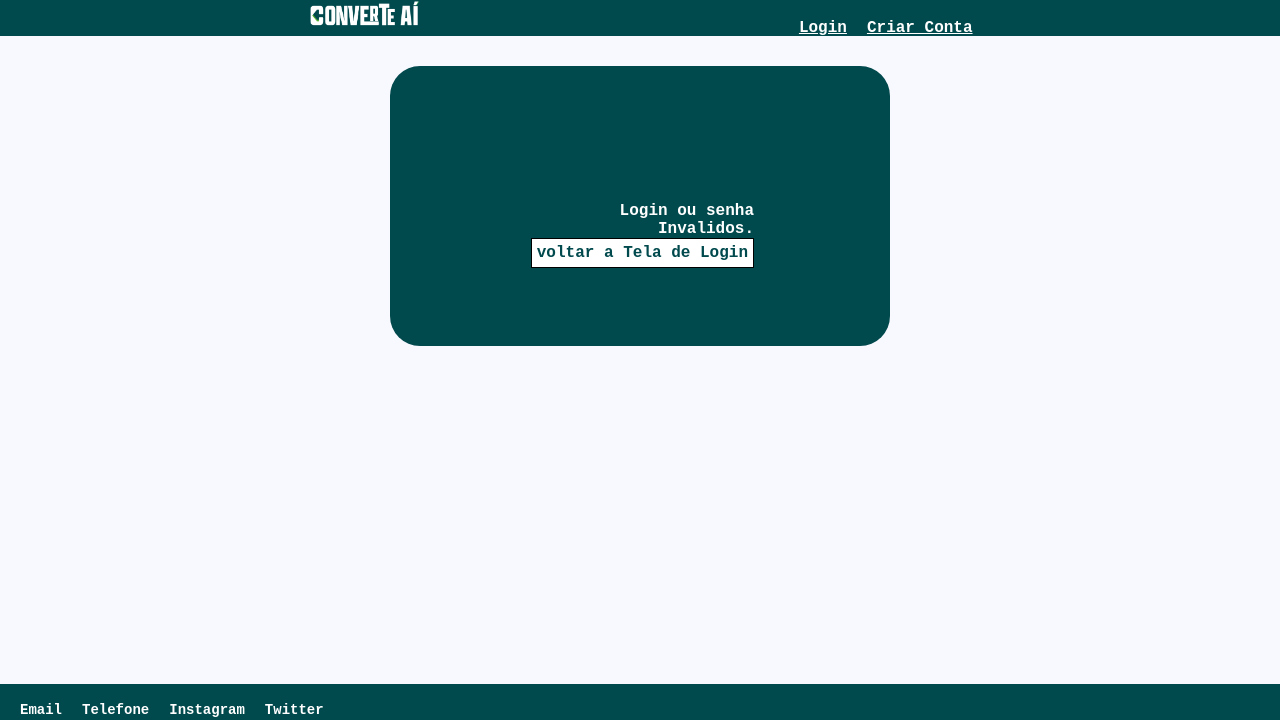
Repository: Frav1u/converteai
Page: http://localhost/ConverteAi/erro.jsp
An editor plug-in stored every save of this project. The page is shown before and after the next save, followed by the edit.
The browser window is 1280 px wide. The pictures show the whole page.
Some web fonts or font styles are not loaded; a fallback is used. The page is served by Tomcat 9. Other server files are loaded and not shown.

Above is the page before, as saved 2023-10-04 02:22:00.

### ConverteAi/src/main/webapp/erro.jsp
<!DOCTYPE html>
<html>

<head>
    <meta charset="UTF-8">
    <title>Converte aí</title>
    <link href="https://fonts.googleapis.com/css2?family=Inter:wght@400;700&family=Space+Mono:wght@400;700&display=swap"
        rel="stylesheet">
    <link rel="stylesheet" href="erro.css">
    <link href='https://unpkg.com/boxicons@2.1.4/css/boxicons.min.css' rel='stylesheet'>
    <link rel="icon" href="icone-removebg-preview.png">
</head>

<body>
    <header>
        <a href="home.html"><img class="img" src="logo.png"></a>
        <ul class="conta">
            <li><a href="login.html" style="color: white;">Login</a></li>
            <li><a href="cadastro.html" style="color:white">Criar Conta</a></li>
        </ul>
    </header>
    <main>
        <div class="caixa">

        	<%

        		out.print("Login ou senha Invalidos.");
        	%>
								     <br>
			<a class="voltar" href="login.html" style="background-color: white; color: hsl(183, 100%, 15%);	display: inline-block; text-decoration: none;
	border: 1px solid black;
	padding: 5px;" >voltar a Tela de Login</a>

               </div>

    </main>
	<footer>
		<ul class="contatos">
			<li>Email</li>
			<li>Telefone</li>
			<li>Instagram</li>
			<li>Twitter</li>
		</ul>

	</footer>
</body>

</html>

### ConverteAi/src/main/webapp/erro.css
* {
    margin: 0;
    padding: 0;
    box-sizing: border-box;
    font-family: 'Apotek Bold', monospace;
    font-weight: 600;
    font-size: 16px;
    outline: none;
}

body{
	background-color:  ghostwhite
}

li{
	font-size: 14px;
	margin-left: 20px;
}

header{
	background-color: hsl(183, 100%, 15%);
	color: white;
	height: 5vh;
    color: inherit;
    display: flex;
    display: flex;
    justify-content: center;
    align-items: center;
    justify-content: space-evenly;
}

.contatos{
	display: flex;
	list-style: none;
}

.logo{
	color: white;
}
.menu{
	color: white;
	display: flex;
	margin-top: 20px;
	margin-left: 50px;
	list-style: none;

}

.conta{
	color: white;
	display: flex;
	margin-top: 20px;
	margin-left: 50px;
	list-style: none;
}

.menu a {
	color: white;
	font-size: 16px;

}



nav{
	display: flex;
	justify-content: center;
	align-items: center;
}


main{
	height: 90vh;
	text-align: center;
	padding-top: 30px;
}

.img{
	width: 114px;
}

footer{
	background-color: hsl(183, 100%, 15%);
	color: white;
	height: 5vh;
    padding-top: 18px;
}


h2{
	padding-top: 20px;
}
.caixa{
	height: 280px;
	width: 500px;
	background-color: hsl(183, 100%, 15%);
	margin:  auto;
	border-radius: 30px;
	padding: 33px;
	text-align: end;
	color: white;
	padding: 136px;
}

form{
	color: white;
}


.envios{
	text-align: center;
}

After the next save:
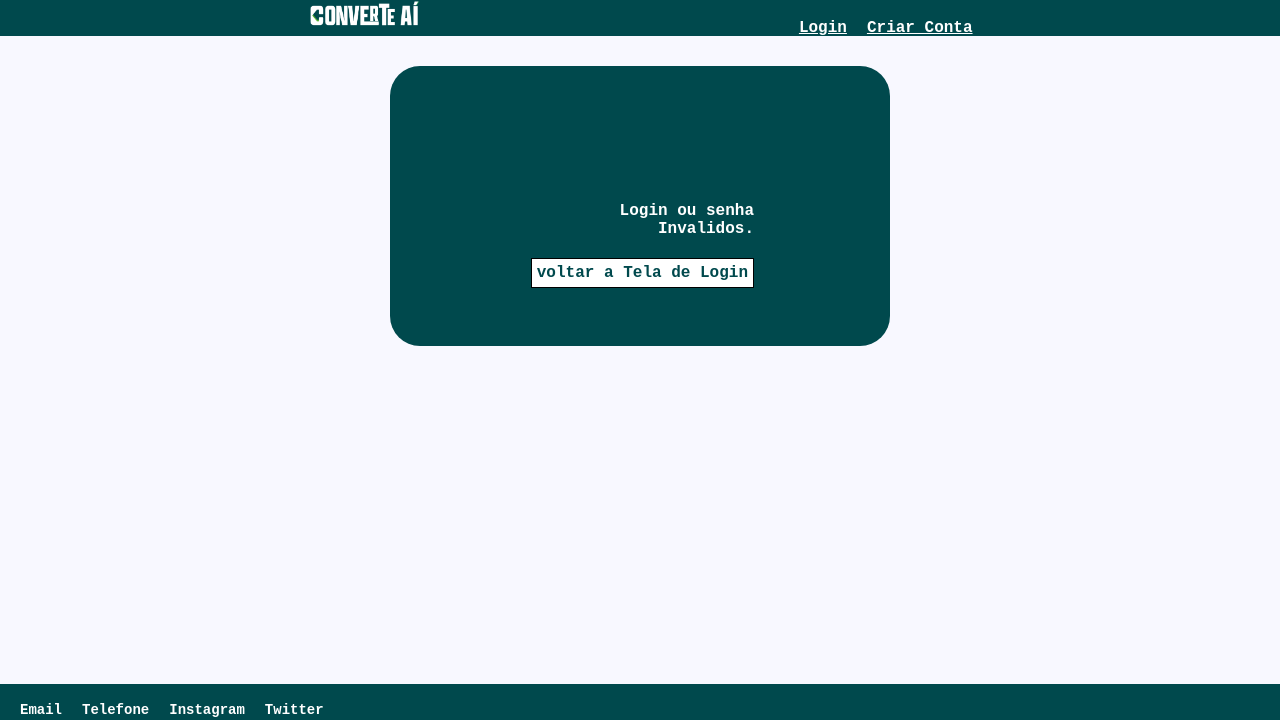
Saved 48 min 29 s later.
--- a/ConverteAi/src/main/webapp/erro.jsp
+++ b/ConverteAi/src/main/webapp/erro.jsp
@@ -29,7 +29,7 @@
 								     <br>
 			<a class="voltar" href="login.html" style="background-color: white; color: hsl(183, 100%, 15%);	display: inline-block; text-decoration: none;
 	border: 1px solid black;
-	padding: 5px;" >voltar a Tela de Login</a>
+	padding: 5px; margin-top: 20px;" >voltar a Tela de Login</a>
 
                </div>
 
